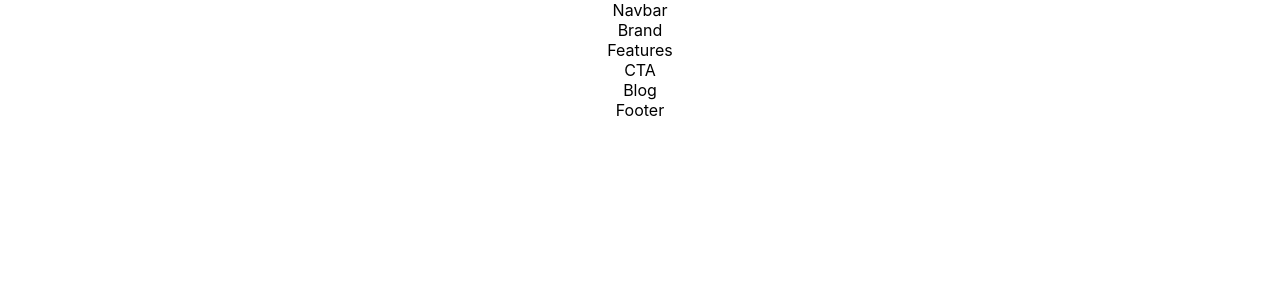
Repository: GeorgiosDev/OpenAI-Clone
Page: /
These files come from the project's save history. The page is drawn as it stood at one moment and after the next save; the edit follows.
The browser window is 1280 px wide. The pictures show the whole page.
The project was rebuilt for these pictures with package versions that can differ from the ones it lists, and the page was loaded fresh each time. Also part of the build but not shown: src/components/article/article.css, src/components/article/Article.jsx, src/components/cta/cta.css, src/components/navbar/navbar.css, src/components/feature/Feature.jsx, src/containers/blog/blog.css, src/containers/features/features.css, src/containers/footer/footer.css and 3 more.

Above is the page before, as saved 2025-01-31 12:22:42.

### src/App.js
import "./App.css";
import {  Brand, Navbar, CTA } from "./components/index";
import {
  Blog,
  Features,
  Footer,
  Header,
  Possibility,
  WhatGPT,
} from "./containers/index";

function App() {
  return (
    <div className="App ">
      <div className="gradient__bg">
        <Navbar />
        <Header />
      </div>
      <Brand />
      <WhatGPT />
      <Features />
      <Possibility />
      <CTA />
      <Blog />
      <Footer />
    </div>
  );
}

export default App;

### src/components/index.js
export { default as Article } from "./article/Article";
export { default as Brand } from "./brand/Brand";
export { default as CTA } from "./cta/CTA";

export { default as Navbar } from "./navbar/Navbar";
export { default as Feauture } from "./feature/Feature";

### src/containers/index.js
export { default as Blog } from './blog/Blog';
export { default as Features  } from './features/Features';
export { default as Footer } from './footer/Footer';
export { default as Header } from './header/Header';
export { default as Possibility } from './possibility/Possibility';
export { default as WhatGPT } from './whatGPT/whatGPT';

### src/components/brand/Brand.jsx
import React from 'react'

const Brand = () => {
  return (
    <div>
      Brand
    </div>
  )
}

export default Brand

### src/components/cta/CTA.jsx
import React from 'react'
import "./cta.css"
const CTA = () => {
  return (
    <div>
      CTA
    </div>
  )
}

export default CTA

### src/components/navbar/Navbar.jsx
import React from 'react'
import "./navbar.css"
const Navbar = () => {
  return (
    <div>
      Navbar
    </div>
  )
}

export default Navbar

### src/containers/blog/Blog.jsx
import React from "react";
import "./blog.css";
const Blog = () => {
  return <div>Blog</div>;
};

export default Blog;

### src/containers/features/Features.jsx
import React from 'react'
import "./features.css"
const Features = () => {
  return (
    <div>
      Features
    </div>
  )
}

export default Features

### src/containers/footer/Footer.jsx
import React from 'react'
import "./footer.css"
const Footer = () => {
  return (
    <div>
      Footer
    </div>
  )
}
export default Footer

### src/containers/header/Header.jsx
import React from 'react'
import "./header.css"
const Header = () => {
  return (
    <div>

    </div>
  )
}
export default Header

### src/containers/possibility/Possibility.jsx
import React from 'react'
import "./possibility.css"
const Possibility = () => {
  return (
    <div>

    </div>
  )
}

export default Possibility

### src/containers/whatGPT/whatGPT.jsx
import React from 'react'
import "./whatGPT.css"
const whatGPT = () => {
  return (
    <div>

    </div>
  )
}

export default whatGPT

Loaded but not shown: src/index.js (common file); src/index.css (common file); src/App.css (common file)

After the next save:
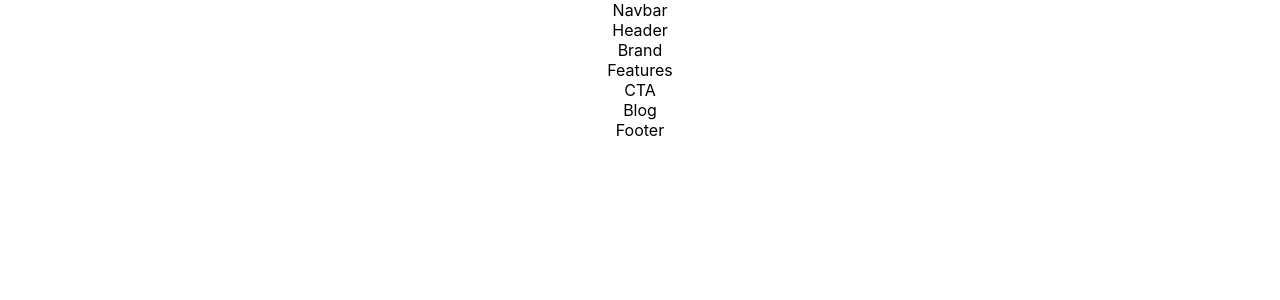
Saved 7 s later.
--- a/src/containers/header/Header.jsx
+++ b/src/containers/header/Header.jsx
@@ -3,7 +3,7 @@
 const Header = () => {
   return (
     <div>
-
+      Header
     </div>
   )
 }
